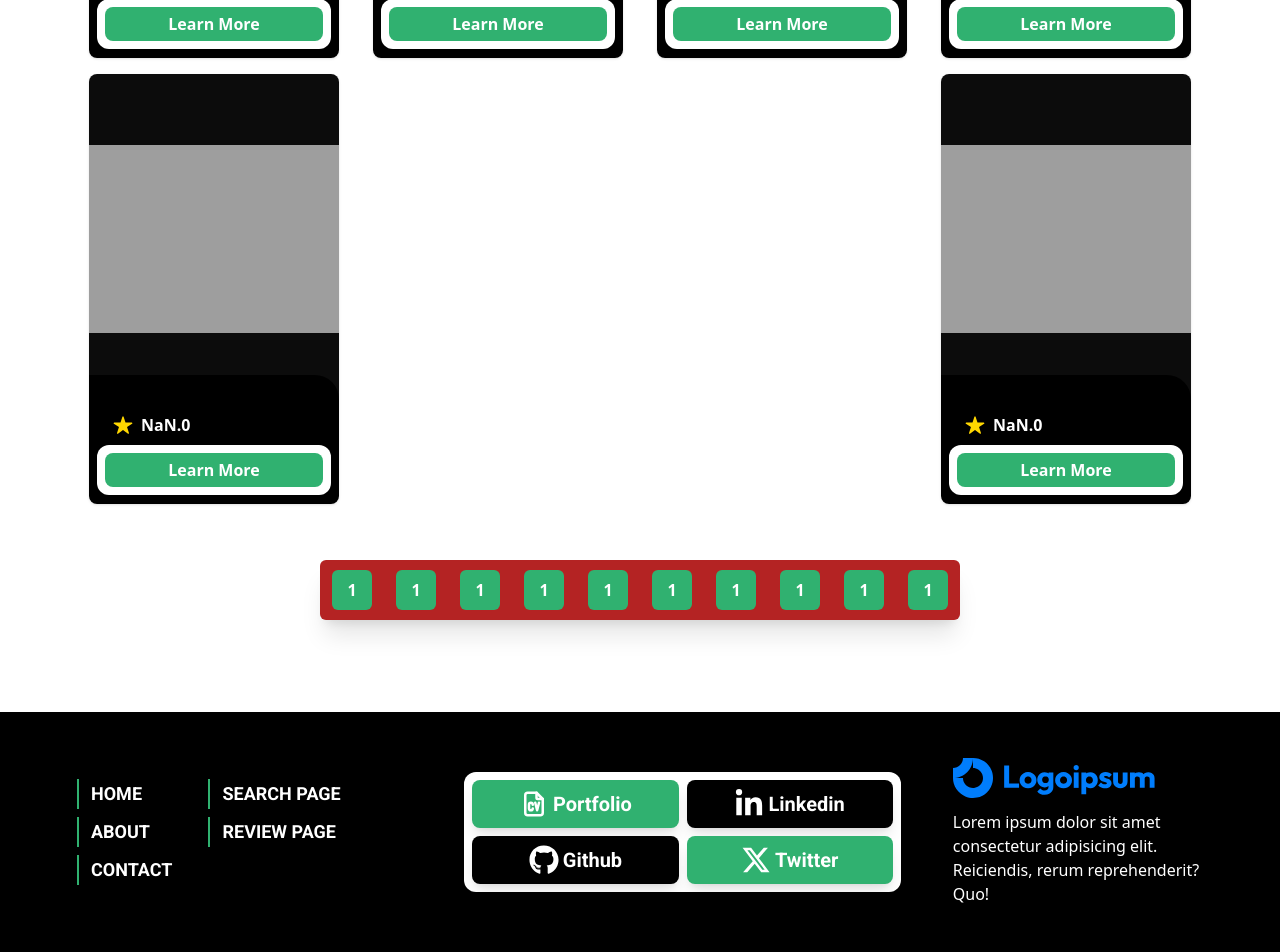
Repository: jayantatech/FrameFlick
Page: /movies
An editor plug-in stored every save of this project. The page is shown before and after the next save, followed by the edit.
The browser window is 1280 px wide. The pictures show the part of the page from y = 1168 to 2120 px (the page is 2120 px tall before and 2088 px after).
Pictures or frames that could not be fetched are drawn as grey boxes. The page's requests for data from a server got no answer. The project was rebuilt for these pictures with package versions that can differ from the ones it lists, and the page was loaded fresh each time. No one was signed in, and anything a server would have sent is missing. Also part of the build but not shown: vite.config.js, src/components/header/SearchBar.jsx, src/components/sliderComponent/button.css, src/components/sliderComponent/SliderComponent.jsx, src/pages/home/comingAttractions/ComingAttractions.jsx, src/pages/home/currentFavorites/CurrentFavorites.jsx, src/pages/home/movieGenres/MovieGenres.jsx, src/components/responsiveTitle/responsiveTitle.jsx and 11 more.

Above is the page before, as saved 2024-02-13 19:12:26.

### index.html
<!doctype html>
<html lang="en">

<head>
  <meta charset="UTF-8" />
  <link rel="icon" type="image/svg+xml" href="/vite.svg" />
  <meta name="viewport" content="width=device-width, initial-scale=1.0" />
  <link
    href="https://fonts.googleapis.com/css?family=Roboto:100,100italic,300,300italic,regular,italic,500,500italic,700,700italic,900,900italic"
    rel="stylesheet" />
  <link
    href="https://fonts.googleapis.com/css?family=Poppins:100,100italic,200,200italic,300,300italic,regular,italic,500,500italic,600,600italic,700,700italic,800,800italic,900,900italic"
    rel="stylesheet" />
  <title>Vite + React</title>
</head>

<body>
  <div id="root"></div>
  <script type="module" src="/src/main.jsx"></script>
</body>

</html>

### src/main.jsx
import React from "react";
import ReactDOM from "react-dom/client";
import App from "./App.jsx";
import "./index.css";
import { Provider } from "react-redux";
import store from "./store/Store.js";

ReactDOM.createRoot(document.getElementById("root")).render(
  <React.StrictMode>
    <Provider store={store}>
      <App />
    </Provider>
  </React.StrictMode>
);

### src/App.jsx
import React, { useEffect } from "react";
import ContentWrapper from "./components/contentWrapper/ContentWrapper";
import Header from "./components/header/Header";
import SearchBar from "./components/header/SearchBar";
import { fetchDataFromApi } from "./Utils/api";
import { useDispatch, useSelector } from "react-redux";
import { setFilmGenres, setUrl } from "./store/HomeSlice";
import Home from "./pages/home/Home";
import fetchData from "./components/hooks/fetchData";
import VideoPopBox from "./components/videoPopBox/VideoPopBox";
import Footer from "./components/footer/Footer";
import ReviewPage from "./pages/reviewPage/ReviewPage";
import { BrowserRouter, Route, Routes } from "react-router-dom";
import MoviePage from "./pages/moviePage/MoviePage";

/*
main green color - #58DAA8
2nd main color - #30b170
light green color - #E6FFF8
deep Green color - #409E7A
deep Green color 2 - #5EBEA3

*/

const App = () => {
  const { data, loading } = fetchData("configuration");

  const dispatch = useDispatch();
  useEffect(() => {
    dispatch(setUrl(`${data?.images.secure_base_url + "original"}`));
  }, [data]);

  const { data: genresData, loading: genresLoading } = fetchData(
    `genre/movie/list?language=en`
  );
  useEffect(() => {
    dispatch(setFilmGenres(genresData && genresData?.genres));
  }, [genresData]);

  return (
    <BrowserRouter>
      <VideoPopBox />
      <Header />
      <Routes>
        <Route path="/" element={<Home />} />
        <Route path="/review/:film/:id" element={<ReviewPage />} />
        <Route path="/movies" element={<MoviePage />} />
      </Routes>
      {/* <div className=" w-full h-[800px]"></div> */}
      <Footer />
    </BrowserRouter>
  );
};

export default App;

### src/components/contentWrapper/ContentWrapper.jsx
import React from "react";

const ContentWrapper = ({ children }) => {
  return <div className="w-full max-w-[1158px] mx-auto px-4">{children}</div>;
};

export default ContentWrapper;

### src/components/hooks/fetchData.jsx
import React, { useEffect, useState } from "react";
import { fetchDataFromApi } from "../../Utils/api";

const fetchData = (url) => {
  const [data, setData] = useState(null);
  const [loading, setLoading] = useState(null);
  const [error, setError] = useState(null);

  useEffect(() => {
    setLoading(true);
    setData(null);
    setError(null);
    fetchDataFromApi(url)
      .then((res) => {
        if (res?.status === 404) {
          throw new Error("Videos not found for this video");
        } else {
          return res.json();
        }
      })
      .then((data) => {
        setLoading(false);
        setData(data);
      })
      .catch((error) => setError("Something went wrong"));
  }, [url]);

  return { data, loading, error };
};

export default fetchData;

### src/components/videoPopBox/VideoPopBox.jsx
import React, { useEffect, useState } from "react";
import { IoClose } from "react-icons/io5";
import { useDispatch, useSelector } from "react-redux";
import { setVideoPopBox } from "../../store/HomeSlice";
import ReactPlayer from "react-player";

const VideoPopBox = () => {
  const [activeVideo, setActiveVideo] = useState(false);
  const [videoInfo, setVideoInfo] = useState([]);
  const dispatch = useDispatch();
  const { vidboxOn, vidBoxInfo } = useSelector(
    (state) => state.home.VideoPopBox
  );
  useEffect(() => {
    if (vidboxOn) setActiveVideo(vidboxOn);
    if (vidBoxInfo) setVideoInfo(vidBoxInfo);
  }, [vidboxOn, vidBoxInfo]);

  // useEffect(() => {
  //   if (activeVideo) {
  //     document.body.style.overflow = "hidden";
  //   } else {
  //     document.body.style.overflow = "auto";
  //   }
  // }, [activeVideo]);

  function hideVideoBox() {
    dispatch(setVideoPopBox([{ vidBoxOnPass: false, vidBoxInfoPass: {} }]));
    setActiveVideo(false);
  }

  return (
    <div
      className={` fixed w-screen h-screen top-0 left-0 ${
        activeVideo ? "block z-40" : "hidden -z-0"
      }`}
    >
      <div
        className={` relative top-0 left-0 min-h-screen min-w-screen flex items-center justify-center overflow-hidden`}
      >
        <div
          className=" absolute top-0 left-0 w-full h-full bg-[#000000af]"
          onClick={hideVideoBox}
        ></div>
        <div
          className={`w-[840px] h-[540px] max-lg:w-[660px] max-lg:h-[440px] max-md:w-[360px] max-md:h-[240px] bg-[#fff] shadow-xl rounded-xl py-4 px-4 relative transition-all duration-300 ${
            activeVideo ? "translate-y-[0%]" : "translate-y-[150%]"
          }`}
        >
          <div
            className=" w-[50px] h-[50px] bg-[#30B170] hover:bg-[#58DAA8] text-black hover:text-gray-600  absolute -top-5 -right-5 rounded-full flex items-center justify-center text-4xl cursor-pointer"
            onClick={hideVideoBox}
          >
            <IoClose />
          </div>
          <div className=" w-full h-full bg-black">
            {videoInfo && (
              <ReactPlayer
                url={`https://www.youtube.com/watch?v=${videoInfo?.key}`}
                width={"100%"}
                height={"100%"}
              />
            )}
          </div>
        </div>
      </div>
    </div>
  );
};

export default VideoPopBox;

### src/pages/moviePage/MoviePage.jsx
import React from "react";
import HeroMovie from "./heroMovie/HeroMovie";
import AllMovies from "./allMovies/AllMovies";

const MoviePage = () => {
  return (
    <div>
      <HeroMovie />
      <AllMovies />
    </div>
  );
};

export default MoviePage;

### src/pages/moviePage/heroMovie/HeroMovie.jsx
import React, { useEffect, useState } from "react";
import MyImage from "../../../components/myImage/MyImage";
import fetchData from "../../../components/hooks/fetchData";
import { useSelector } from "react-redux";
import MovieHeroInfo from "../../../components/movieHeroInfo/MovieHeroInfo";

const HeroMovie = () => {
  const [storeGen, setStoreGen] = useState([]);
  const [filmInfo, setFilmInfo] = useState([]);
  const [storeRendom, setStoreRendom] = useState(null);
  const { data, loading } = fetchData(`trending/movie/week`);
  const { url, filmGenres } = useSelector((state) => state.home);

  useEffect(() => {
    let rendomData;
    if (data?.results) {
      const genRanNum = Math.floor(Math.random() * 19);
      rendomData = data?.results[genRanNum];
      setStoreRendom(rendomData);
      console.log(data);
    }
  }, [data]);

  // let testData = storeRendom && storeRendom;
  let movieHeroData = storeRendom && storeRendom;
  useEffect(() => {
    let storeGenNum = [];
    if (movieHeroData) {
      filmGenres?.forEach((element) => {
        if (movieHeroData?.genre_ids.includes(element?.id)) {
          storeGenNum.push(element);
        }
      });
    }
    setStoreGen(storeGenNum);
  }, [filmGenres, movieHeroData]);
  console.log(storeGen);
  return (
    <div className=" w-full h-[590px] max-md:h-[670px] bg-black relative">
      <div className=" w-full h-full bg-[#0000005d] absolute top-0 left-0 z-10"></div>
      <div className=" overflow-hidden w-full h-full absolute top-0 left-0 z-0 ">
        <MyImage
          src={`${url}${!loading && movieHeroData?.backdrop_path}`}
          className={"max-lg:scale-150 max-md:scale-[4]"}
        />
      </div>
      <MovieHeroInfo movieHeroData={movieHeroData} storeGen={storeGen} />
    </div>
  );
};

export default HeroMovie;

### src/pages/moviePage/allMovies/AllMovies.jsx
import React from "react";
import ContentWrapper from "../../../components/contentWrapper/ContentWrapper";
import FilmCard from "../../../components/filmCard/FilmCard";

const AllMovies = () => {
  return (
    <div>
      <ContentWrapper>
        <div className=" py-[60px] px-3">
          <div className=" py-3">
            <h2 className=" capitalize text-3xl font-[Roboto] font-bold">
              our Movie suggestions
            </h2>
          </div>
          <div className=" w-full h-auto flex py-6 flex-row flex-wrap gap-4 items-center justify-between">
            <FilmCard />
            <FilmCard />
            <FilmCard />
            <FilmCard />
            <FilmCard />
            <FilmCard />
          </div>
          <div className=" w-full h-auto flex items-center justify-center py-8">
            <div className=" w-fit px-3 h-[60px] bg-[#b42323] shadow-xl rounded-md flex items-center justify-center gap-6">
              <div className=" w-[40px] h-[40px] bg-[#30B170] text-white rounded-md flex items-center justify-center font-semibold">
                1
              </div>
              <div className=" w-[40px] h-[40px] bg-[#30B170] text-white rounded-md flex items-center justify-center font-semibold">
                1
              </div>
              <div className=" w-[40px] h-[40px] bg-[#30B170] text-white rounded-md flex items-center justify-center font-semibold">
                1
              </div>
              <div className=" w-[40px] h-[40px] bg-[#30B170] text-white rounded-md flex items-center justify-center font-semibold">
                1
              </div>
              <div className=" w-[40px] h-[40px] bg-[#30B170] text-white rounded-md flex items-center justify-center font-semibold">
                1
              </div>
              <div className=" w-[40px] h-[40px] bg-[#30B170] text-white rounded-md flex items-center justify-center font-semibold">
                1
              </div>
              <div className=" w-[40px] h-[40px] bg-[#30B170] text-white rounded-md flex items-center justify-center font-semibold">
                1
              </div>
              <div className=" w-[40px] h-[40px] bg-[#30B170] text-white rounded-md flex items-center justify-center font-semibold">
                1
              </div>
              <div className=" w-[40px] h-[40px] bg-[#30B170] text-white rounded-md flex items-center justify-center font-semibold">
                1
              </div>
              <div className=" w-[40px] h-[40px] bg-[#30B170] text-white rounded-md flex items-center justify-center font-semibold">
                1
              </div>
            </div>
          </div>
        </div>
      </ContentWrapper>
    </div>
  );
};

export default AllMovies;

### src/components/myImage/MyImage.jsx
import React from "react";
import { LazyLoadImage } from "react-lazy-load-image-component";
import "react-lazy-load-image-component/src/effects/blur.css";

const MyImage = ({ src, className, alt }) => (
  <div className=" w-full min-h-full flex items-center justify-center overflow-hidden bg-contain">
    <LazyLoadImage
      alt={alt ? alt : "Frameflick"}
      src={src}
      effect="blur"
      width={"100%"}
      height={"100%"}
      className={`${className}`}
    />
  </div>
);

export default MyImage;

### src/components/movieHeroInfo/MovieHeroInfo.jsx
import React, { useEffect, useState } from "react";
import { IoIosStar } from "react-icons/io";
import ContentWrapper from "../contentWrapper/ContentWrapper";
import GenresCard from "../genresCard/GenresCard";
import BothButton from "../bothButton/BothButton";
import ResponsiveTitle from "../responsiveTitle/responsiveTitle";
import ResponsiveText from "../responsiveText/ResponsiveText";
import RattingBox from "../rattingBox/RattingBox";
import DateBox from "../dateBox/DateBox";

const MovieHeroInfo = ({ movieHeroData, storeGen }) => {
  const [storeSlice, setStoreSlice] = useState(null);
  useEffect(() => {
    const slicGen = storeGen && storeGen?.slice(0, 3);
    setStoreSlice(slicGen);
  }, [storeGen]);

  console.log(storeGen);
  return (
    <ContentWrapper>
      <div className=" relative top-0 left-0 w-full h-[590px] max-md:h-[670px] flex items-end justify-center py-4 z-20">
        <div className=" w-full min-h-[270px] max-lg:min-h-[270px] max-md:min-h-[470px] rounded-lg  bg-[#636262] backdrop-filter backdrop-blur-sm bg-opacity-60 p-4 max-lg:px-2 flex flex-row gap-2 max-md:flex-col">
          <div className=" md:w-3/6">
            <h2 className=" text-3xl font-[Roboto] font-bold text-white min-h-[40px]">
              {movieHeroData?.original_title}
            </h2>
            {/* <ResponsiveTitle data={testData} /> */}
            <div className=" w-full h-[40px]  my-2 flex items-center flex-row gap-2 px-2">
              <DateBox data={movieHeroData} />
              <RattingBox data={movieHeroData} />
            </div>
            {
              <div className=" w-full h-[60px] max-md:h-[80px] max-lg:h-[90px] flex items-center justify-start px-2 flex-row gap-2">
                <ResponsiveText data={movieHeroData} upTo={15} />
              </div>
            }
            <div className=" px-2 py-3 flex items-center justify-center gap-2 flex-row">
              <BothButton data={movieHeroData} />
            </div>
          </div>
          <div className=" md:w-3/6 max-h-[210px] max-lg:max-h-[240px] max-md:min-h-[240px] px-3 py-3 flex items-center justify-start gap-6 max-lg:gap-3 flex-wrap flex-col">
            <div className=" w-full py-1 bg-[#000] text-white text-center rounded-md">
              <span className=" font-[Roboto] font-semibold text-lg">
                {" "}
                {movieHeroData?.original_title} Genres
              </span>
            </div>
            <div className=" flex items-center justify-center gap-3 flex-wrap flex-row max-md:flex-row ">
              {storeSlice?.map((item, index) => (
                <GenresCard key={index} item={item} />
              ))}
            </div>
          </div>
        </div>
      </div>
    </ContentWrapper>
  );
};

export default MovieHeroInfo;

### src/components/filmCard/FilmCard.jsx
import React, { useState } from "react";
import { useDispatch, useSelector } from "react-redux";
import { IoStar } from "react-icons/io5";
import fetchData from "../hooks/fetchData";
import { setVideoPopBox } from "../../store/HomeSlice";
import MyImage from "../myImage/MyImage";
import { useLoaderData, useLocation, useNavigate } from "react-router";

const FilmCard = ({ data, loading }) => {
  const [videoBoxActive, setVideoBoxActive] = useState(false);
  const dispatch = useDispatch();
  const { url } = useSelector((state) => state?.home);
  const { currentTabValu } = useSelector((state) => state?.home);

  const { data: newData, loading: newLoading } = fetchData(
    `${currentTabValu}/${data?.id && data?.id}/videos`
  );

  const averageVote = data && data?.vote_average;
  const votePointer = Number(
    data && data?.vote_average.toString().split(".")[1]
  );

  const originalTitle = data?.original_title || data?.name || "";
  let truncatedTitle;

  if (originalTitle.length >= 18) {
    truncatedTitle = originalTitle.slice(0, 18) + "...";
  } else {
    truncatedTitle = originalTitle;
  }

  let newReleaseDate = data?.release_date || data?.first_air_date;
  const oneVideo = newData?.results?.filter((item) => item?.key);
  const oneTrailer = oneVideo && oneVideo[0];
  const releaseDate =
    newReleaseDate &&
    new Intl.DateTimeFormat("en-US", {
      day: "2-digit",
      month: "short",
      year: "2-digit",
    }).format(new Date(newReleaseDate));
  const openVideoBox = () => {
    dispatch(
      setVideoPopBox([{ vidBoxOnPass: true, vidBoxInfoPass: oneTrailer }])
    );
  };
  const navigateNew = useNavigate();
  const location = useLocation();

  const navigateToNewPage = () => {
    navigateNew(`/review/${currentTabValu}/${data?.id}`);
  };

  return (
    <div className="w-[250px] max-lg:max-w-[220px] max-lg:h-[380px] h-[430px] max-md:w-[240px] rounded-lg overflow-hidden shadow cursor-pointer transition-all duration-300 bg-yellow">
      <div className=" w-full h-full relative">
        <div className=" w-full h-[77%] bg-[#000000f3] overflow-hidden">
          {!loading && (
            <MyImage
              src={`${url}${data?.poster_path}`}
              className="w-full h-full"
            />
          )}
        </div>
        <div className="absolute flex flex-col bottom-0 left-0 w-full h-[30%] bg-gradient-to-b from-[#000000] via-[#000000] to-[#000000] p-2 rounded-tr-3xl text-white">
          <div className="w-full h-[30px] overflow-hidden">
            <h3 className=" text-white text-xl font-semibold">
              {truncatedTitle}
            </h3>
          </div>
          <div className=" flex gap-4">
            <p className=" font-bold">{releaseDate}</p>
            <span className=" flex items-center justify-center gap-2 font-bold">
              <span className=" font-bold text-xl text-[#FFD700]">
                <IoStar />
              </span>
              {`${Math.floor(averageVote)}.${
                votePointer ? votePointer.toString().slice(0, 1) : "0"
              }`}
            </span>
          </div>
          <div className=" w-full h-[50px] bg-white px-2 rounded-xl py-2 flex items-center justify-center gap-2 max-lg:gap-1 font-bold mt-2">
            {oneTrailer && (
              <button
                className=" h-full w-full bg-[black] col-span-1 rounded-lg transition-all duration-300 hover:shadow-md hover:scale-105"
                onClick={openVideoBox}
              >
                Trailer
              </button>
            )}
            <button
              className="h-full w-full bg-[#30b170] rounded-lg transition-all duration-300 hover:shadow-md hover:scale-105"
              onClick={navigateToNewPage}
            >
              Learn More
            </button>
          </div>
        </div>
      </div>
    </div>
  );
};

export default FilmCard;

### src/components/responsiveText/ResponsiveText.jsx
import React from "react";

const ResponsiveText = ({ data, upTo = 20 }) => {
  function getTheDescription(description) {
    const words = description.split(" ").slice(0, upTo).join(" ") + "...";
    return words;
  }
  return (
    <p className=" font-[Poppins] text-lg text-white ">
      {data && getTheDescription(data?.overview)}
    </p>
  );
};

export default ResponsiveText;

### src/components/bothButton/BothButton.jsx
import React from "react";
import { useDispatch } from "react-redux";
import { setVideoPopBox } from "../../store/HomeSlice";
import fetchData from "../hooks/fetchData";
import { useNavigate } from "react-router";

const BothButton = ({ data }) => {
  const { data: newData, loading: newLoading } = fetchData(
    `movie/${data?.id && data?.id}/videos`
  );
  const oneVideo = newData?.results?.filter((item) => item?.key);
  const oneTrailer = oneVideo && oneVideo[0];

  const dispatch = useDispatch();
  const openVideoBox = () => {
    dispatch(
      setVideoPopBox([{ vidBoxOnPass: true, vidBoxInfoPass: oneTrailer }])
    );
  };

  const navigateNew = useNavigate();

  const navigateToNewPage = () => {
    navigateNew(`/review/${"movie"}/${data?.id}`);
  };
  return (
    <>
      <button
        className=" w-full h-[50px] max-lg:h-[40px] bg-[#000] rounded-md text-white font-bold text-2xl font-[Roboto] hover:scale-95 transition-all duration-300 max-lg:text-xl"
        onClick={openVideoBox}
      >
        Trailer
      </button>
      <button
        className=" w-full h-[50px] bg-[#30B170] rounded-md text-white font-bold text-2xl font-[Roboto]  hover:scale-95 transition-all duration-300 max-lg:h-[40px] max-lg:text-xl"
        onClick={navigateToNewPage}
      >
        Learn More
      </button>
    </>
  );
};

export default BothButton;

### src/components/rattingBox/RattingBox.jsx
import React from "react";
import { IoStar } from "react-icons/io5";

const RattingBox = ({ data }) => {
  const averageVote = data && data?.vote_average;

  const votePointer = Number(
    data && data?.vote_average.toString().split(".")[1]
  );

  return (
    <>
      {
        <div className=" text-lg font-extrabold font-[Roboto] flex items-center justify-start gap-2 px-2 py-1 rounded-lg bg-white md:w-[150px]  max-md:w-[50%]">
          Rating:
          <span className=" text-[#ffd700] text-2xl flex items-center justify-center font-bold">
            <IoStar />
          </span>
          {averageVote &&
            votePointer &&
            `${Math.floor(averageVote)}.${
              votePointer ? votePointer.toString().slice(0, 1) : "0"
            }`}
        </div>
      }
    </>
  );
};

export default RattingBox;

### src/components/dateBox/DateBox.jsx
import React from "react";

const DateBox = ({ data }) => {
  function timeFormath(timeTo) {
    const releaseDate = new Intl.DateTimeFormat("en-US", {
      day: "2-digit",
      month: "short",
      year: "2-digit",
    }).format(new Date(timeTo));
    return releaseDate;
  }
  return (
    <div className=" text-lg font-extrabold font-[Roboto] flex items-center justify-start gap-2 px-2 py-1 rounded-lg bg-white md:w-[160px] max-md:w-[50%]">
      Data:
      <span className="font-bold max-md:text-base">
        {data && timeFormath(data?.release_date)}
      </span>
    </div>
  );
};

export default DateBox;

Loaded but not shown: src/index.css (common file); tailwind.config.js (common file); src/store/HomeSlice.js (34 lines, source omitted); src/Utils/api.js (20 lines, source omitted); src/store/Store.js (10 lines, source omitted); src/assets/icons/index.js (3 lines, source omitted); src/components/header/Header.jsx (153 lines, source omitted); src/components/footer/Footer.jsx (83 lines, source omitted)

After the next save:
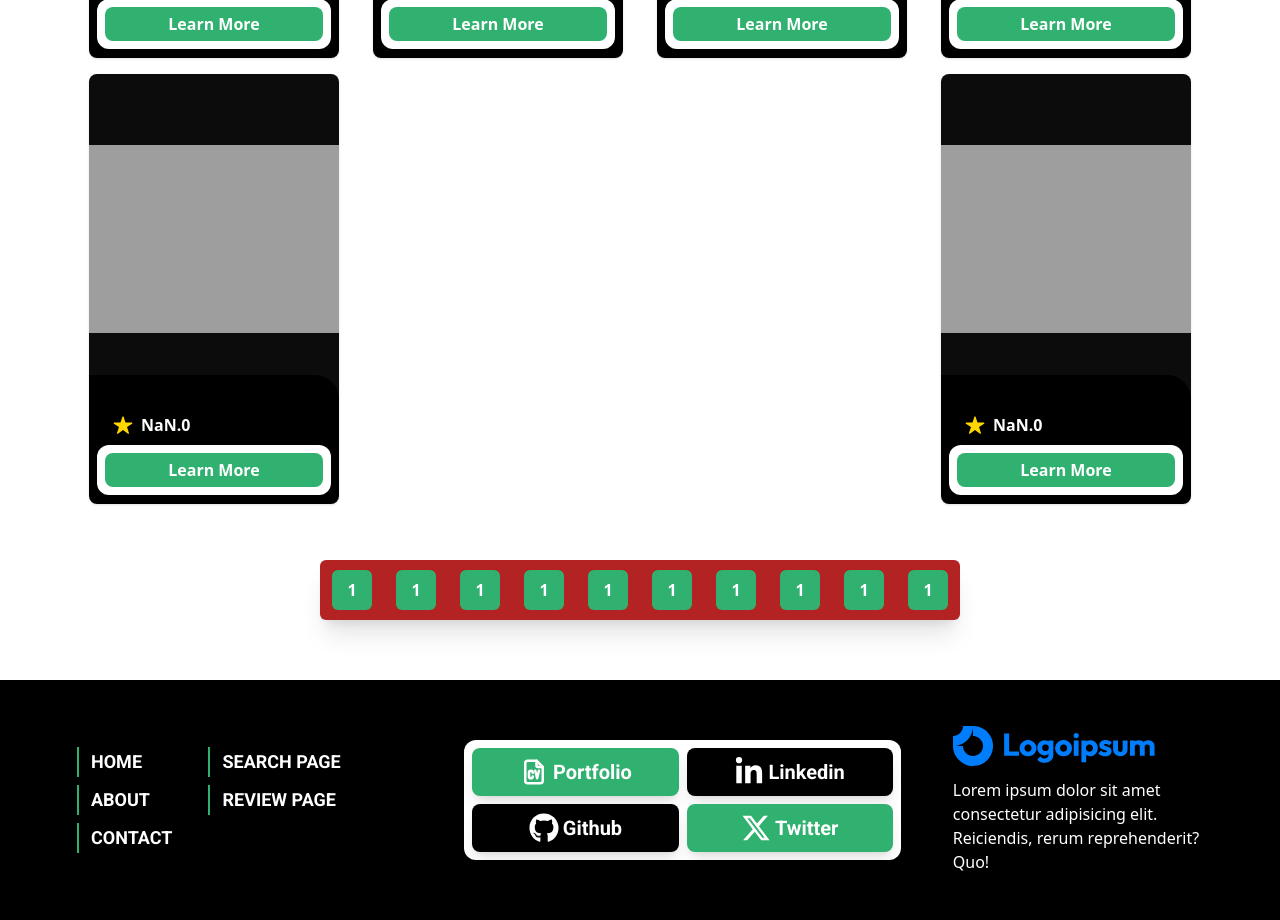
Saved 7 s later.
--- a/src/pages/moviePage/allMovies/AllMovies.jsx
+++ b/src/pages/moviePage/allMovies/AllMovies.jsx
@@ -20,7 +20,7 @@ const AllMovies = () => {
             <FilmCard />
             <FilmCard />
           </div>
-          <div className=" w-full h-auto flex items-center justify-center py-8">
+          <div className=" w-full h-auto flex items-center justify-center pt-8">
             <div className=" w-fit px-3 h-[60px] bg-[#b42323] shadow-xl rounded-md flex items-center justify-center gap-6">
               <div className=" w-[40px] h-[40px] bg-[#30B170] text-white rounded-md flex items-center justify-center font-semibold">
                 1
